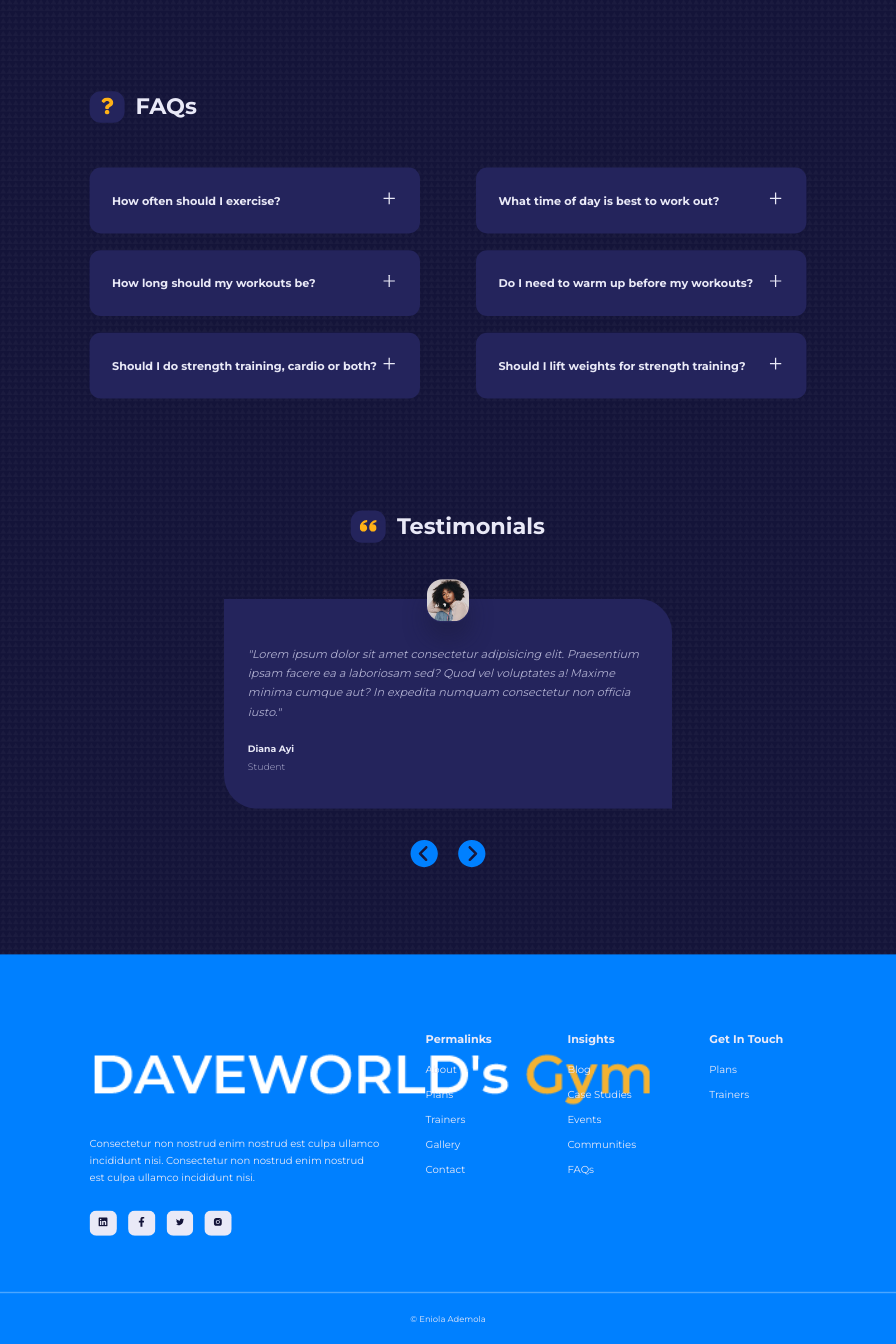
Repository: aryaMode/gym-portfolio
Page: /
The author's editor kept a copy of each file at every save. The page is drawn from the files as they stood at one save, then again after a run of saves.
The browser window is 1280 px wide. The pictures show the part of the page from y = 2109 to 4029 px (the page is 4029 px tall before and 3960 px after), at 70% of full size.
The project was rebuilt for these pictures with package versions that can differ from the ones it lists, and the page was loaded fresh each time. Also part of the build but not shown: src/pages/about/about.css, src/components/Header.jsx, src/pages/about/About.jsx, src/pages/contact/contact.css, src/pages/contact/Contact.jsx, src/pages/gallery/gallery.css, src/pages/gallery/Gallery.jsx, src/pages/notFound/notFound.css and 6 more.

Above is the page before, as saved 2023-07-20 16:03:58.

### public/index.html
<!DOCTYPE html>
<html lang="en">

<head>
    <meta charset="UTF-8">
    <meta http-equiv="X-UA-Compatible" content="IE=edge">
    <meta name="viewport" content="width=device-width, initial-scale=1.0">
    <title>Portfolio Website</title>
    <!-- GOOGLE FONTS (montserrat) -->
    <link href="https://fonts.googleapis.com/css2?family=Montserrat:wght@300;400;500;600;700&display=swap"
        rel="stylesheet">
</head>

<body>
    <div id="root"></div>
</body>

</html>

### src/App.jsx
// rafce -> shortcut to create component and export
import { BrowserRouter, Routes, Route } from "react-router-dom";
import React from "react";
import Home from "./pages/home/Home";
import About from "./pages/about/About";
import Contact from "./pages/contact/Contact";
import Gallery from "./pages/gallery/Gallery";
import NotFound from "./pages/notFound/NotFound";
import Plans from "./pages/plans/Plans";
import Trainers from "./pages/trainers/Trainers";
import Navbar from "./components/Navbar";
import Footer from "./components/Footer";

const App = () => {
	return (
		<BrowserRouter>
			<Navbar />
			<Routes>
				<Route index element={<Home />} />
				<Route path="about" element={<About />} />
				<Route path="contact" element={<Contact />} />
				<Route path="gallery" element={<Gallery />} />
				<Route path="plans" element={<Plans />} />
				<Route path="trainers" element={<Trainers />} />
				<Route path="*" element={<NotFound />} />
			</Routes>
			<Footer />
		</BrowserRouter>
	);
};

export default App;

### src/index.css
 *, *::before, *::after{
    margin: 0;
    padding: 0;
    border: 0;
    outline: 0;
    list-style: none;
    text-decoration: none;
    box-sizing: border-box;
 }

 /* CSS Global variable starts with :root {...} check w3school docs for more  info */
 :root{
    --primary-hue: 210;
    --gray-hue: 240;
    /* hsl (hue, saturation, lightness) */
    --color-primary: hsl(var(--primary-hue),100%, 50% );
    --color-primary-variant: hsl(var(--primary-hue), 100%, 65%);
    --color-secondary: #ffb116;
    --color-gray-100: hsl(var(--gray-hue), 47%, 94%); /*almost white colour lightness is almost 100%*/
    --color-gray-200: hsl(var(--gray-hue), 26%, 75%);
    --color-gray-300: hsl(var(--gray-hue), 24%, 64%);
    --color-gray-400: hsl(var(--gray-hue), 16%, 41%);
    --color-gray-500: hsl(var(--gray-hue), 44%, 25%);
    --color-gray-600: hsl(var(--gray-hue), 48%, 15%);

    --container-width-lg: 80%;
    --container-width-md: 90%;

    --transition: all 500ms ease; /* make sure all transition have a constant effect*/
 }

  /******************** GENERAL STYLES ********************/
  body{
    font-family: "Montserrat", sans-serif;
    color: var(--color-gray-200);
    line-height: 1.7;
    overflow-x: hidden;
    background: var(--color-gray-600) url(./images/bg_texture.png);
  }

  .container{
    width: var(--container-width-lg);
    max-width: 1920px;
    margin-inline: auto;
  }

  h1, h2, h3, h4, h5 {
    line-height: 1.2;
    color: var(--color-gray-100);
  }

  h1 {
    font-size: 3rem;
  }

  h2 {
    font-size: 2rem ;
  }

  a {
    color: var(--color-gray-100);
  }

  img{
    display: block;
    object-fit: cover;
    width: 100%;
}

.btn {
    color: var(--color-gray-100);
    width: fit-content;
    margin: 0 auto;
    padding: 0.9rem 2rem;
    background: var(--color-primary);
    border-radius: 1.5rem;
    transition: var(--transition);
}

.btn:hover {
    background: var(--color-secondary);
    color: var(--color-gray-600);
}

.btn.lg {
    padding: 1.2rem 3rem;
    border-radius: 2rem;
    font-size: 1.1rem;
}

.btn.sm {
    padding: 0.4rem 1.2rem;
    font-size: 0.9rem;
}

.btn.sm:hover {
    background: var(--color-gray-100);
}

/******************** SECTION REUSABLE STYLES ********************/
section {
    margin-top: 10rem;
}

.section__head {
    display: flex;
    align-items: center;
    gap: 1rem;
}

.section__head span {
    background: var(--color-gray-500);
    padding: 0.3rem 0.8rem 0;
    border-radius: 1rem;
    color: var(--color-secondary);
    font-size: 1.5rem;
}

.card {
    background: var(--color-gray-500);
    border: 2px solid transparent;
    text-align: center;
    padding: 3rem 2rem;
    border-radius: 0 3rem 0 3rem;
    transition: var(--transition);
}

.card:hover {
    background: transparent;
    border-color: var(--color-gray-400);
    cursor: default;
}

.card span {
    width: 3rem;
    height: 3rem;
    background: var(--color-primary);
    color: var(--color-gray-100);
    font-size: 1.5rem;
    padding: 0.8rem;
    display: grid;
    place-items: center;
    margin-bottom: 1.5rem;
    margin-inline: auto;
    border-radius: 1rem;
    transition: var(--transition);
}

.card:hover span {
    background: var(--color-secondary);
    color: var(--color-gray-500)
}

.card small {
    margin-top: 1rem;
    display: block;
    font-weight: 300;
}

.header {
    margin-top: 5rem;
    height: 20rem;
    overflow: hidden;
    border-bottom: 2px solid var(--color-gray-400);
}

.header__container {
    width: 100%;
    height: 100%;
    position: relative;
    display: grid;
    place-items: center;
    background: #0000;
}

.header__container-lg {
    position: absolute;
    width: 100%;
}

.header__container-lg img {
    opacity: 0.5;
}

.header__content {
    position: relative;
    width: 44%;
    margin: 0 auto;
    text-align: center;
    color: var(--color-gray-100);
}

.header__content h2 {
    margin-bottom: 1rem;
}

.header__content p {
    color: rgba(255, 255, 255, 0.7, green, blue, alpha);
}






/******************** MEADIA QUERIES (medium screens) ********************/
@media screen and (max-width: 1024px) {
    .container {
        width: var(--container-width-md);
    }

    h1 {
        font-size: 2rem;
    }

    h2 {
        font-size: 1.6rem;
    }

    .header__content {
        width: 76%;
    }
}

/******************** MEADIA QUERIES (small screens) ********************/
@media screen and (max-width: 600px) {
    h1 {
        font-size: 2.2rem;
        line-height: 1.3;
    }

    section {
        margin-top: 7rem;
    }

    .header {
        height: fit-content;
    }

    .header__content {
        width: var(--container-width-md);
        padding: 3rem 0;
    }

    .header__content p {
        font-size: 0.85rem;
    }
}

### src/pages/home/Home.jsx
import React from "react";
import "./home.css";
import MainHeader from "../../components/MainHeader";
import Program from "../../components/Program";
import Values from "../../components/Values";
import FAQs from "../../components/FAQs";
import Testimonial from "../../components/Testimonial";
// import Footer from "../../components/Footer";

const Home = () => {
	return (
		<>
			<MainHeader />
			<Program />
			<Values />
			<FAQs />
			<Testimonial />
			{/* <Footer /> comment this out so footer wount be double */}
		</>
	);
};

export default Home;

### src/components/Navbar.jsx
import { useState } from "react";
import { Link, NavLink } from "react-router-dom";
// NavLink comes with an isactive prop which we can use to detect which page we on
// so we can have a special style for that link
import React from "react";
import Logo from "../images/logo.png";
import { links } from "../data";
import { GoThreeBars } from "react-icons/go";
import { MdOutlineClose } from "react-icons/md";
import "./navbar.css";

const Navbar = () => {
	const [isNavShowing, setIsNavShowing] = useState(false);

	const handleNavToggle = () => {
		return setIsNavShowing((prevVAlue) => {
			return !prevVAlue;
		});
	};

	return (
		<nav>
			<div className="container nav__container">
				<Link to="/" className="logo" onClick={handleNavToggle}>
					{/* <img src={Logo} alt="Nav-logo" /> */}
					<h1>Hemant Pop Gym</h1>
				</Link>
				<ul
					className={`nav__links ${isNavShowing ? "show__nav" : "hide__nav"}`}
				>
					{/* Destructure the links array of object from the links to get each item */}
					{links.map(({ name, path }, index) => {
						return (
							<li key={index}>
								<NavLink
									to={path}
									className={({ isActive }) => (isActive ? "active-nav" : "")}
									onClick={handleNavToggle}
								>
									{name}
								</NavLink>
							</li>
						);
					})}
				</ul>
				<button onClick={handleNavToggle} className="nav__toggle-btn">
					{isNavShowing ? <MdOutlineClose /> : <GoThreeBars />}
				</button>
			</div>
		</nav>
	);
};

export default Navbar;

// export PATH=$PATH:/home/daveworld/bin

### src/components/Footer.jsx
import React from "react";
import { Link } from "react-router-dom";
import Logo from "../images/logo.png";
import { FaLinkedin } from "react-icons/fa";
import { FaFacebookF } from "react-icons/fa";
import { AiOutlineTwitter } from "react-icons/ai";
import { AiFillInstagram } from "react-icons/ai";

const Footer = () => {
	return (
		<footer>
			<div className="container footer__container">
				<article>
					<Link to="/" className="logo">
						<img src={Logo} alt="Footer Logo" />
					</Link>
					<p>
						Consectetur non nostrud enim nostrud est culpa ullamco incididunt
						nisi. Consectetur non nostrud enim nostrud est culpa ullamco
						incididunt nisi.
					</p>
					<div className="footer__socials">
						<a
							href="https://www.linkedin.com/in/eniola-ademola-7386161a7/"
							target="_blank"
							rel="noreferrer noopener"
						>
							<FaLinkedin />
						</a>
						<a
							href="https://facebook.com/"
							target="_blank"
							rel="noreferrer noopener"
						>
							<FaFacebookF />
						</a>
						<a
							href="https://twitter.com/_daveworld"
							target="_blank"
							rel="noreferrer noopener"
						>
							<AiOutlineTwitter />
						</a>
						<a
							href="https://instagram.com/_daveworld"
							target="_blank"
							rel="noreferrer noopener"
						>
							<AiFillInstagram />
						</a>
					</div>
				</article>
				<article>
					<h4>Permalinks</h4>
					<Link to="/about">About</Link>
					<Link to="/plans">Plans</Link>
					<Link to="/trainers">Trainers</Link>
					<Link to="/gallery">Gallery</Link>
					<Link to="/contact">Contact</Link>
				</article>
				<article>
					<h4>Insights</h4>
					<Link to="/s">Blog</Link>
					<Link to="/s">Case Studies</Link>
					<Link to="/s">Events</Link>
					<Link to="/s">Communities</Link>
					<Link to="/constact">FAQs</Link>
				</article>
				<article>
					<h4>Get In Touch</h4>
					<Link to="/contact">Plans</Link>
					<Link to="/s">Trainers</Link>
				</article>
			</div>
			<div className="footer__copyright">
				<small> &copy; Eniola Ademola </small>
			</div>
		</footer>
	);
};

export default Footer;

### src/components/MainHeader.jsx
import React from "react";
import { Link } from "react-router-dom";
import Image from "../images/main_header.png";

const MainHeader = () => {
	return (
		<header className="main__header">
			<div className="container main__header-container">
				<div className="main__header-left">
					<h4>#100DaysOfWorkout</h4>
					<h1>Join The Legends of the Fitness World</h1>
					<p>
						Aute nisi adipisicing sunt adipisicing incididunt veniam fugiat
						labore eiusmod nisi quis ad nulla exercitation. Aute nisi
						adipisicing sunt adipisicing incididunt veniam fugiat labore eiusmod
						nisi quis ad nulla exercitation.
					</p>
					<Link to="/plans" className="btn lg">
						Get Started
					</Link>
				</div>
				<div className="main__header-right">
					<div className="main__header-circle"></div>
					<div className="main__header-image">
						<img src={Image} alt="MainHeaderImage" />
					</div>
				</div>
			</div>
		</header>
	);
};

export default MainHeader;

### src/components/Program.jsx
import React from "react";
import { FaCrown } from "react-icons/fa";
import SectionHead from "./SectionHead";
import { programs } from "../data";
import Card from "../UI/Card";
import { Link } from "react-router-dom";
import { AiFillCaretRight } from "react-icons/ai";

const Program = () => {
	return (
		<section className="programs">
			<div className="container programs container">
				<SectionHead icon={<FaCrown />} title="Programs" />

				<div className="program__wrapper">
					{programs.map(({ id, icon, title, info, path }) => {
						return (
							<Card className="programs__program" key={id}>
								<span>{icon}</span>
								<h4>{title}</h4>
								<small>{info}</small>
								<Link to={path} className="btn sm">
									Learn More <AiFillCaretRight />
								</Link>
							</Card>
						);
					})}
				</div>
			</div>
		</section>
	);
};

export default Program;

### src/components/Values.jsx
import React from "react";
import Image from "../images/values.jpg";
import SectionHead from "./SectionHead";
import { GiCutDiamond } from "react-icons/gi";
import { values } from "../data";
import Card from "../UI/Card";

const Values = () => {
	return (
		<section className="values">
			<div className="container values__container">
				<div className="values__left">
					<div className="values__image">
						<img src={Image} alt="values Image" />
					</div>
				</div>
				<div className="values__right">
					<SectionHead icon={<GiCutDiamond />} title="Values" />
					<p>
						anim et. Officia exercitation veniam consectetur ad labore pariatur
						aonsectetur ad labore pariatur.
					</p>
					<div className="values__wrapper">
						{values.map(({ id, icon, title, desc }) => {
							return (
								<Card className="values__value" key={id}>
									<span>{icon}</span>
									<h4>{title}</h4>
									<small>{desc}</small>
								</Card>
							);
						})}
					</div>
				</div>
			</div>
		</section>
	);
};

export default Values;

### src/components/FAQs.jsx
import React from "react";
import { FaQuestion } from "react-icons/fa";
import { faqs } from "../data";
import FAQ from "./FAQ";
import SectionHead from "./SectionHead";
const FAQs = () => {
	return (
		<section className="faqs">
			<div className="container faqs__container">
				<SectionHead icon={<FaQuestion />} title="FAQs" />
				<div className="faqs__wrapper">
					{faqs.map(({ id, question, answer }) => {
						return <FAQ key={id} question={question} answer={answer} />;
					})}
				</div>
			</div>
		</section>
	);
};

export default FAQs;

### src/components/Testimonial.jsx
import React, { useState } from "react";
import SectionHead from "./SectionHead";
import { ImQuotesLeft } from "react-icons/im";
import Card from "../UI/Card";
import {
	IoIosArrowDropleftCircle,
	IoIosArrowDroprightCircle,
} from "react-icons/io";
import { testimonials } from "../data";

const Testimonial = () => {
	const [index, setIndex] = useState(0);
	const { name, quote, job, avatar } = testimonials[index];

	const handlePreviousTestimonial = () => {
		setIndex((prevValue) => {
			return prevValue - 1;
		});
		if (index <= 0) {
			setIndex(testimonials.length - 1);
		}
	};
	const handleAfterTestimonial = () => {
		setIndex((prevValue) => {
			return prevValue + 1;
		});
		if (index >= testimonials.length - 1) {
			setIndex(0);
		}
	};

	return (
		<section className="testimonials">
			<div className="container testimonial__container">
				<SectionHead
					icon={<ImQuotesLeft />}
					title="Testimonials"
					className="testimonials__head"
				/>
				<Card className="testimonial">
					<div className="testimonial__avatar">
						<img src={avatar} alt={name} />
					</div>
					<p className="testimonial__quote">{`"${quote}"`}</p>
					<h5>{name}</h5>
					<small className="testimonial__title">{job}</small>
				</Card>
				<div className="testimonial__btn-container">
					<button
						className="testimonials__btn"
						onClick={handlePreviousTestimonial}
					>
						<IoIosArrowDropleftCircle />
					</button>
					<button
						className="testimonials__btn"
						onClick={handleAfterTestimonial}
					>
						<IoIosArrowDroprightCircle />
					</button>
				</div>
			</div>
		</section>
	);
};

export default Testimonial;

### src/UI/Card.jsx
import React from "react";

const Card = ({ className, children }) => {
	return <article className={`card ${className}`}>{children}</article>;
};

export default Card;

### src/components/navbar.css
nav{
    height: 5rem;
    width: 100vw; /*100% of the window/browser*/
    background: var(--color-primary);
    display: grid;
    place-items: center;
    position: fixed; /*commnt this to see hiden layers*/
    top: 0;
    left: 0;
    z-index: 99; /* makes sure it sit on all items*/
}

/* Only show on medium and small screens */
.nav__toggle-btn {
    display: none;
}

.nav__container {
    height: 100%;
    display: flex;
    justify-content: space-between;
    align-items: center;
    position: relative;
}

.logo{
    width: 50rem;
    display: block;
}

.nav__links{
    display: flex;
    gap: 3.5rem;
    align-items: center;
}

.nav__links a {
    transition: var(--transition);
}

.nav__links a:hover {
    color: var(--color-secondary);
}

.active-nav {
    position: relative;
}

.active-nav::after{
    content: "";
    display: block;
    width: 1.2rem;
    height: 1.2rem;
    background-color: var(--color-primary);
    position: absolute;
    left: calc(50% - 0.6rem);
    transform: rotate(45deg);
    margin-top: 0.9rem;
}

 /******************** MEDIA QUERIES (mesium and small screens) ********************/
 @media screen and (max-width: 1024px) {
    .nav__toggle-btn {
        display: inline-block;
        background: transparent;
        font-size: 1.8rem;
        cursor: pointer;
    }

    .nav__toggle-btn svg{
        color: var(--color-gray-100);
    }

    .nav__links {
        position: absolute;
        top: 100%;
        right: 0;
        flex-direction: column;
        gap: 0;
        perspective: 400px;
    }

    .active-nav {
        display: none;
    }

    .active-nav, .active-nav::after{
        display: none;
    }

    .nav__links li {
        height: 4rem;
        width: 100%;
        box-shadow: -2rem 2rem 5rem rgba(0, 0, 0, 0.5);
        animation: navAnimation 600ms ease forwards;
        transform: rotateX(90deg);
        opacity: 0;
        transform-origin: top;
    }

    .nav__links li:nth-child(2) {
        animation-delay: 200ms;
    }
    .nav__links li:nth-child(3) {
        animation-delay: 400ms;
    }
    .nav__links li:nth-child(4) {
        animation-delay: 600ms;
    }
    .nav__links li:nth-child(5) {
        animation-delay: 800ms;
    }
    .nav__links li:nth-child(6) {
        animation-delay: 1s;
    }
    .nav__links li:nth-child(7) {
        animation-delay: 1.2s;
    }

    @keyframes navAnimation {
        to {
            transform: rotateX(0);
            opacity: 1;
        }
    }

    .nav__links li a {
        background-color: var(--color-primary);
        height: 100%;
        width: 100%;
        display: flex;
        align-items: center;
        padding: 1rem 5rem 1rem 3rem;
    }

    .show__nav {
        display: flex;
    }

    .hide__nav {
        display: none;
    }

 }

### src/components/SectionHead.jsx
import React from "react";

// A reuseable component for each section name
const SectionHead = ({ icon, title, className }) => {
	return (
		<div className={`section__head ${className}`}>
			<span>{icon}</span>
			<h2>{title}</h2>
		</div>
	);
};

export default SectionHead;

### src/components/FAQ.jsx
import React, { useState } from "react";
import { AiOutlinePlus } from "react-icons/ai";
import { AiOutlineMinus } from "react-icons/ai";

const FAQ = ({ question, answer }) => {
	const [isAnswerShowing, setIsAnswerShowing] = useState(false);

	const handleFAQ = () => {
		return setIsAnswerShowing((prevValue) => {
			return !prevValue;
		});
	};

	return (
		<article className="faq" onClick={handleFAQ}>
			<div>
				<h4>{question}</h4>
				<button className="faq__icon">
					{isAnswerShowing ? <AiOutlineMinus /> : <AiOutlinePlus />}
				</button>
			</div>
			{isAnswerShowing && <p>{answer}</p>}
		</article>
	);
};

export default FAQ;

Loaded but not shown: src/index.js (common file); src/data.js (320 lines, source omitted); src/pages/home/home.css (412 lines, source omitted)

After the next 3 saves:
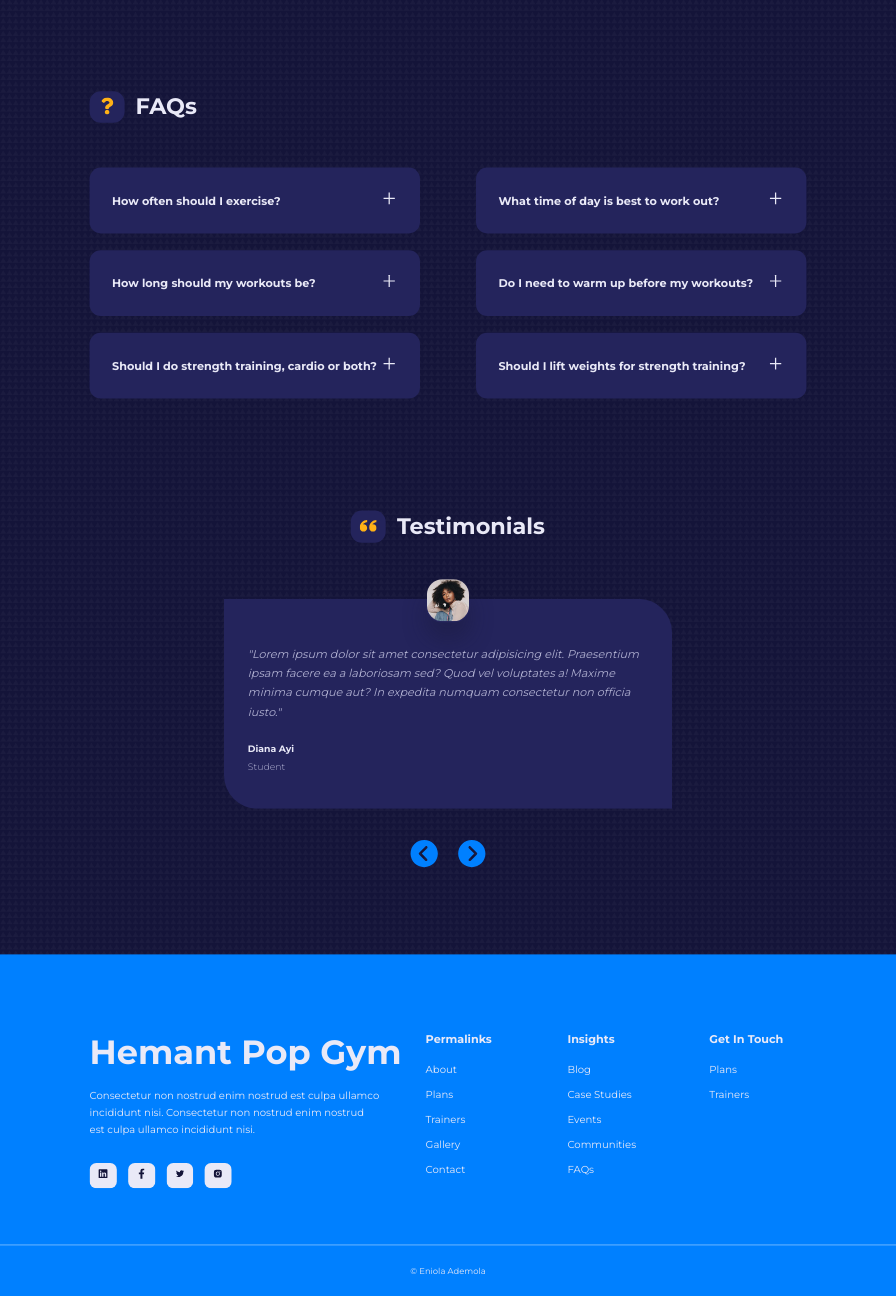
The 3 saves are shown as one change because they came seconds apart.
The last was saved 70 s later.
--- a/src/components/Footer.jsx
+++ b/src/components/Footer.jsx
@@ -12,7 +12,8 @@ const Footer = () => {
 			<div className="container footer__container">
 				<article>
 					<Link to="/" className="logo">
-						<img src={Logo} alt="Footer Logo" />
+						{/* <img src={Logo} alt="Footer Logo" /> */}
+						<h1>Hemant Pop Gym</h1>
 					</Link>
 					<p>
 						Consectetur non nostrud enim nostrud est culpa ullamco incididunt
